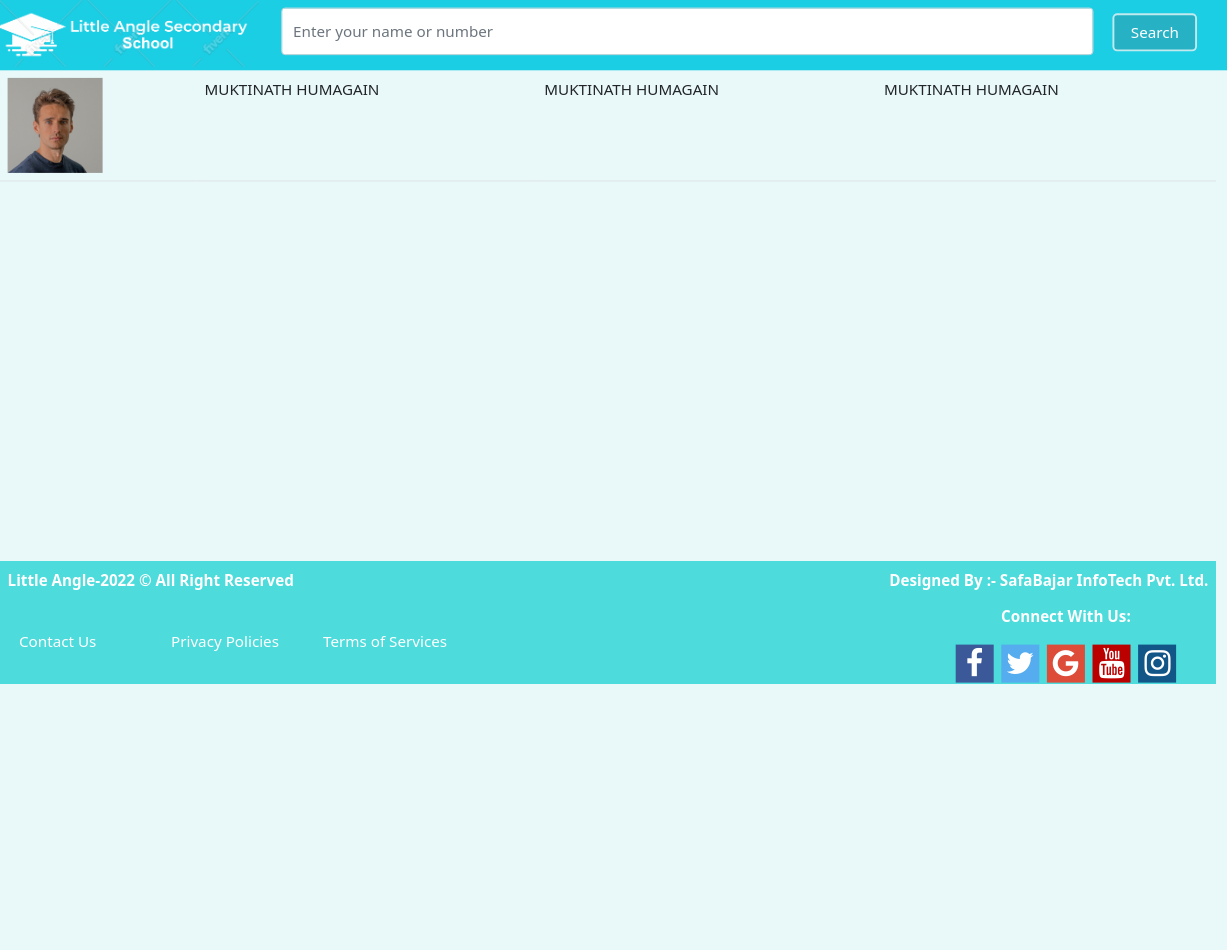
Repository: Sjuicyy/School-Project
Page: profilesview.html
These files come from the project's save history. The page is drawn as it stood at one moment and after the next save; the edit follows.
The browser window is 1280 px wide. The page is 1292 px wide, so the pictures cover 1292 px, including what lies to the right of the window. The pictures show the whole page, at 95% of full size.

Above is the page before, as saved 2022-09-22 11:32:08.

### profilesview.html
<!doctype html>
<html lang="en">

<head>
    <!-- Required meta tags -->
    <meta charset="utf-8">
    <meta name="viewport" content="width=device-width, initial-scale=1">

    <!-- Bootstrap CSS -->
    <link href="https://cdn.jsdelivr.net/npm/bootstrap@5.0.2/dist/css/bootstrap.min.css" rel="stylesheet"
        integrity="sha384-EVSTQN3/azprG1Anm3QDgpJLIm9Nao0Yz1ztcQTwFspd3yD65VohhpuuCOmLASjC" crossorigin="anonymous">

    <link rel="stylesheet" href="https://cdnjs.cloudflare.com/ajax/libs/font-awesome/4.7.0/css/font-awesome.min.css">


    <style>
        body {
            height: 1000px;
        }

        .navcol {
            background-color: rgb(28, 206, 228);
        }

        .row0 div {
            width: auto;
            display: flex;
        }

        .img {
            height: 70px;
            width: 100%;
        }

        .form-control {
            height: 50px;
        }


        .btn1 {
            background-color: rgb(38, 178, 196);
            color: white;
            height: 40px;
            width: 100px;
            margin: 20px;
            margin-top: 14px;
            border: 2px solid rgba(255, 255, 255, 0.715);
            border-radius: 5px;
        }

        .btn1:hover {
            background-color: rgba(0, 225, 255, 0);
            border: 2px solid white;
            outline: none;
        }

        .btn1:active {
            color: rgba(255, 255, 255, 0.667);
            border: 2px solid rgba(255, 255, 255, 0.533);
        }

        .footer {
            background-color: rgb(77, 219, 219);
            position: fixed;
            width: 100%;
            overflow: AUTO;
            color: rgb(255, 255, 255);
            bottom: 0;
        }

        .footer::-webkit-scrollbar {
            display: none;
        }


        .fb {

            width: 160px
        }

        .fa1 {
            font-size: xx-large;
            padding: 4px;
            margin: 2px;
            width: 40px;
            text-decoration: none;
        }

        .fa-facebook {
            background: #3B5998;
            color: white;
        }

        .fa-twitter {
            background: #55ACEE;
            color: white;
        }

        .fa-google {
            background: #dd4b39;
            color: white;
        }

        .fa-youtube {
            background: #bb0000;
            color: white;
        }

        .fa-instagram {
            background: #125688;
            color: white;
        }

        .red {
            border: 1px solid rgb(219, 77, 77);
        }

        .green {
            border: 1px solid rgb(2, 183, 255);
        }

        .yello {
            border: 1px solid rgb(193, 255, 6);
        }

        .btn2 {
            background-color: rgb(77, 219, 219);
            width: 400px;
        }

        .color {
            color: rgb(28, 206, 228);
        }

        .a {
            text-decoration: none;
            color: rgb(77, 219, 219);
        }

        .loginopt {
            background-color: rgb(255, 255, 255);
            color: rgb(28, 206, 228);
            border: 2px solid;
            width: 43px;
            border-radius: 100px;
            margin: 10px;
        }

        .loginopt:hover {
            color: #0c91f7;
        }

        .btn2:hover {
            background-color: #2a8bd0;
        }
    </style>
    <title>Little Angle School</title>
</head>

<body style="background-color:#99e6e335 ;>
    <!-- heading start -->
    <div class=" container-fluid text-center">
    <div class="row row0 navcol">
        <div class="col-3">
            <a href="pages.html">
                <img class="img" src="./school.png" alt="">
            </a>
        </div>
        <div class="col">
            <input class="form-control mt-2 " type="search" placeholder="Enter your name or number "
                aria-label="Search">
            <button class="btn1" type="submit">Search</button>
            </form>
        </div>
    </div>
    </div>
    <!-- heading end -->



    <!-- profile view body  -->




    <!-- <div class="container mt-4 w-75" style="border: 3px solid #0c91f7;">
        <div class="m-1">


        <div class="row">
            <div class="col-auto  ">
                <img src=" ./profile pic.jpg" width="100px" alt="">
            </div>
            <div class="col " style="">
                <div class="row mt-3 m-auto">
                    <div class="col-auto m-auto w-50 "><b>Name: </b>Shyam Joshi</div>
                    <div class="col-auto m-auto w-50 "><b> Email: </b>Sjuicyy@gmail.com</div>
                </div>
                <div class="row mt-3 m-auto">
                    <div class="col-auto m-auto w-50 "><B>DoB: </B>2055/04/31</div>
                    <div class="col-auto m-auto w-50 "><b>Mobile</b>: +977-9867867202</div>
                </div>
            </div>
            <div class="col-auto " style="overflow:hidden; width:100px">
                <div class="col mt-3 ">
                    <div class="btn btn-primary btn-sm  w-100">view</div>
                </div>
                <div class="col  mt-2">
                    <div class="btn btn-primary btn-sm  w-100">Edit</div>
                </div>
            </div>
        </div>

    </div>
    </div> -->



    <!-- // profile view body  -->





    <!-- another responsive table start -->










    <div class="table-responsive text-nowrap">
        <table class="table table-hover">
            <tbody class="table-border-bottom-0">
                <tr class="text-nowrap">
                    <td>
                        <img src="./profile pic.jpg" width="100px" alt="">
                    </td>
                    <td>MUKTINATH HUMAGAIN</td>
                    <td>MUKTINATH HUMAGAIN</td>
                    <td>MUKTINATH HUMAGAIN</td>


                </tr>
            </tbody>
        </table>
    </div>
    <!-- another responsive table end -->








    <!-- footer start -->


    <div class="footer">
        <div class="row ">
            <div class="col mx-2 mt-2" style="text-align:left"> <b>Little Angle-2022 © All Right Reserved</b> </div>
            <div class="col mx-2 mt-2" style="text-align:right">
                <p> <b>Designed By :- SafaBajar InfoTech Pvt. Ltd.</b> </p>
            </div>
        </div>
        <div class="row mx-2">
            <div class="col-2  fb" style="text-align:left;margin-top:25px">Contact Us</div>
            <div class="col-2  fb" style="text-align:left;margin-top:25px">Privacy Policies</div>
            <div class="col-2  fb" style="text-align:left;margin-top:25px">Terms of Services</div>
            <div class="col  fb" style="text-align:left"></div>
            <div class="col-6 fb mt-2" style="text-align:center;width:300px">
                <p style="margin-top: -10px;"> <b>Connect With Us:</b> </p>
                <a href="https://www.facebook.com/search/top?q=safabazar%20private%20limited" class="fa fa1 fa-facebook"
                    style="text-align:center;margin-top:-10px"></a>
                <a href="#" class="fa fa1 fa-twitter"></a>
                <a href="#" class="fa fa1 fa-google"></a>
                <a href="#" class="fa fa1 fa-youtube"></a>
                <a href="#" class="fa fa1 fa-instagram"></a>
            </div>
        </div>

    </div>

    </div>

    </div>












    <!-- Optional JavaScript; choose one of the two! -->

    <!-- Option 1: Bootstrap Bundle with Popper -->
    <script src="https://cdn.jsdelivr.net/npm/bootstrap@5.0.2/dist/js/bootstrap.bundle.min.js"
        integrity="sha384-MrcW6ZMFYlzcLA8Nl+NtUVF0sA7MsXsP1UyJoMp4YLEuNSfAP+JcXn/tWtIaxVXM"
        crossorigin="anonymous"></script>

    <!-- Option 2: Separate Popper and Bootstrap JS -->
    <!--
    <script src="https://cdn.jsdelivr.net/npm/@popperjs/core@2.9.2/dist/umd/popper.min.js" integrity="sha384-IQsoLXl5PILFhosVNubq5LC7Qb9DXgDA9i+tQ8Zj3iwWAwPtgFTxbJ8NT4GN1R8p" crossorigin="anonymous"></script>
    <script src="https://cdn.jsdelivr.net/npm/bootstrap@5.0.2/dist/js/bootstrap.min.js" integrity="sha384-cVKIPhGWiC2Al4u+LWgxfKTRIcfu0JTxR+EQDz/bgldoEyl4H0zUF0QKbrJ0EcQF" crossorigin="anonymous"></script>
    -->
</body>

</html>

After the next save:
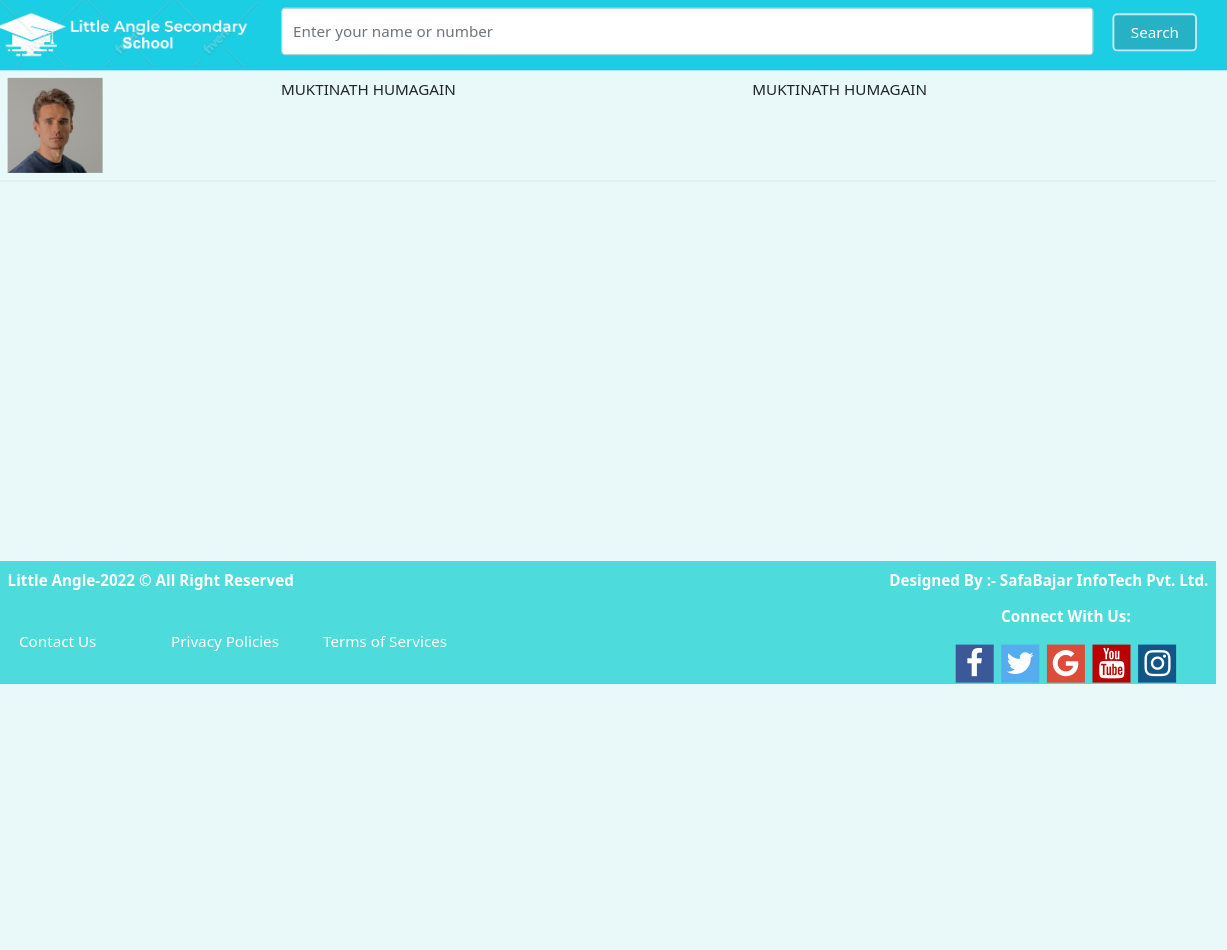
Saved 5 s later.
--- a/profilesview.html
+++ b/profilesview.html
@@ -242,7 +242,7 @@
                     </td>
                     <td>MUKTINATH HUMAGAIN</td>
                     <td>MUKTINATH HUMAGAIN</td>
-                    <td>MUKTINATH HUMAGAIN</td>
+
 
 
                 </tr>
